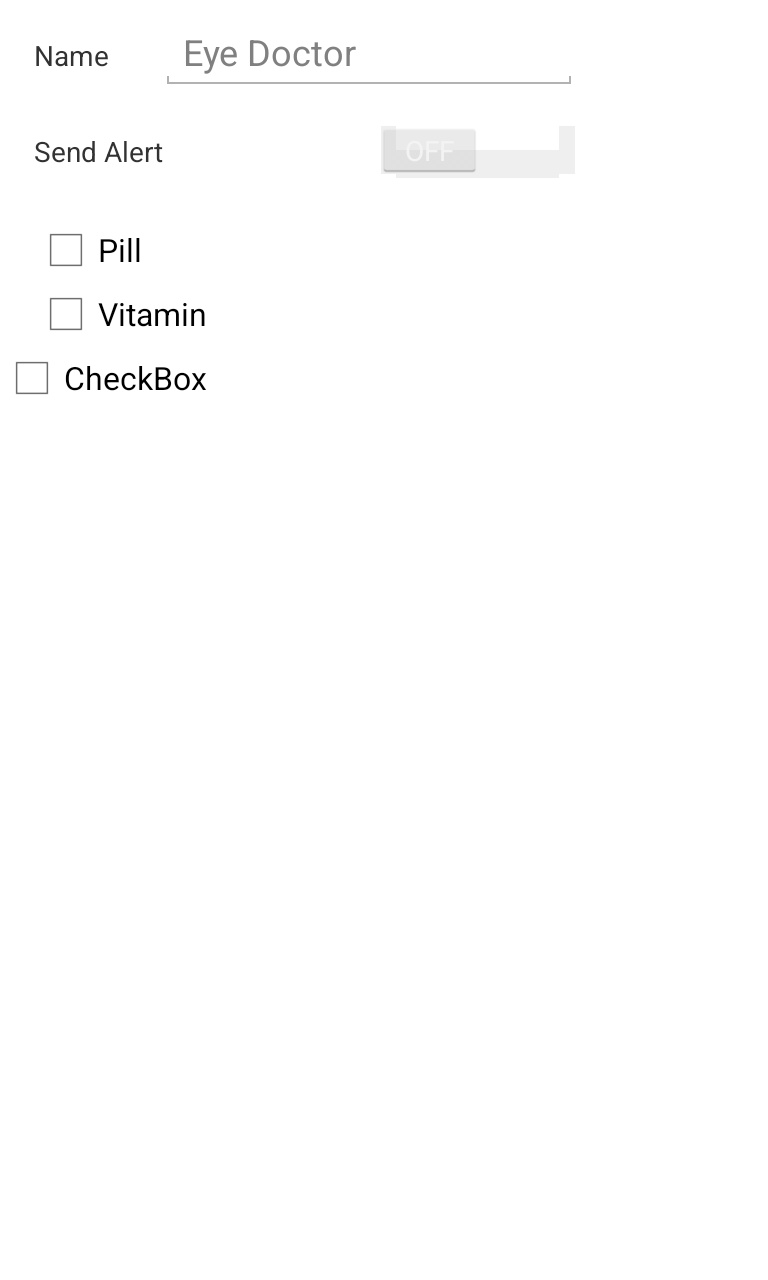
Repository: ranika/pilltracker
Layout: PillTracker/res/layout/fragment_doctor_edit.xml
An editor plug-in stored every save of this project. The layout is shown before and after the next save, followed by the edit.
It is drawn on a 768 x 1280 px phone screen (xhdpi) without system bars, with theme AppTheme; the app's code is not run.

Above is the layout before, as saved 2014-04-10 05:47:53.

### PillTracker/res/layout/fragment_doctor_edit.xml
<RelativeLayout xmlns:android="http://schemas.android.com/apk/res/android"
    android:layout_width="fill_parent"
    android:layout_height="fill_parent" >

    <TextView
        android:id="@+id/textView1"
        android:layout_width="wrap_content"
        android:layout_height="wrap_content"
        android:layout_alignParentLeft="true"
        android:layout_alignParentTop="true"
        android:layout_marginLeft="17dp"
        android:layout_marginTop="18dp"
        android:text="@string/name" />

    <EditText
        android:id="@+id/editText1"
        android:layout_width="wrap_content"
        android:layout_height="wrap_content"
        android:layout_alignBaseline="@+id/textView1"
        android:layout_alignBottom="@+id/textView1"
        android:layout_marginLeft="25dp"
        android:layout_toRightOf="@+id/textView1"
        android:hint="@string/eye_doctor"
        android:ems="10" >
    </EditText>

    <TextView
        android:id="@+id/textView2"
        android:layout_width="wrap_content"
        android:layout_height="wrap_content"
        android:layout_alignLeft="@+id/textView1"
        android:layout_below="@+id/editText1"
        android:layout_marginTop="20dp"
        android:text="@string/send_alert" />

    <Switch
        android:id="@+id/switch1"
        android:layout_width="wrap_content"
        android:layout_height="wrap_content"
        android:layout_alignBaseline="@+id/textView2"
        android:layout_alignBottom="@+id/textView2"
        android:layout_alignRight="@+id/editText1" />

    <CheckBox
        android:id="@+id/checkBox1"
        android:layout_width="wrap_content"
        android:layout_height="wrap_content"
        android:layout_alignLeft="@+id/textView2"
        android:layout_below="@+id/switch1"
        android:layout_marginTop="20dp"
        android:text="@string/pill" />

    <CheckBox
        android:id="@+id/checkBox2"
        android:layout_width="wrap_content"
        android:layout_height="wrap_content"
        android:layout_alignLeft="@+id/checkBox1"
        android:layout_below="@+id/checkBox1"
        android:text="@string/vitamin" />

    <CheckBox
        android:id="@+id/checkBox3"
        android:layout_width="wrap_content"
        android:layout_height="wrap_content"
        android:layout_alignRight="@+id/checkBox2"
        android:layout_below="@+id/checkBox2"
        android:text="CheckBox" />

</RelativeLayout>

### PillTracker/res/values/strings.xml
<?xml version="1.0" encoding="utf-8"?>
<resources>

    <string name="app_name">Pill Tracker</string>
    <string name="med_log">Medication Log</string>
    <string name="prescriptions">Prescriptions</string>
    <string name="reminders">Reminders</string>
    <string name="doctors">Doctors</string>
    <string name="pharmacies">Pharmacies</string>
    <string name="notes">Notes</string>
    <string name="settings">Settings</string>

    <color name="black">#CCCCCC</color>

    <string name="title_activity_med_log">Medication Log</string>
    <string name="today">Today</string>
    <string name="ten_am">10 AM</string>
    <string name="pill">Pill</string>
    <string name="vitamin">Vitamin</string>
    <string name="ten_pm">10 PM</string>
    <string name="nasal">Nasal Spray</string>
    <string name="title_activity_prescription">Prescriptions</string>
    <string name="add">Add</string>
    <string name="title_activity_doctors">Doctors</string>
    <string name="eye_doctor">Eye Doctor</string>
    <string name="family_physician">Family Physician</string>
    <string name="orthopedic">Orthopedic</string>
    <string name="title_activity_notes">Notes</string>
    <string name="hello_world">Hello world!</string>
    <string name="action_settings">Settings</string>
    <string name="reminder">Reminder</string>
    <string name="to_do">To Do</string>
    <string name="blah">BlahBlahBlah</string>
    <string name="title_activity_pharmacies">Pharmacies</string>

    <string-array name="miles">
        <item>10 miles</item>
        <item>15 miles</item>
        <item>20 miles</item>
        <item> 50 miles</item>
    </string-array>

    <string name="display">Display pharmacies within:</string>
    <string name="find">Find</string>
    <string name="title_activity_prescription_edit">Edit Prescription</string>
    <string name="title_activity_edit_prescription">Edit Prescriptions</string>
    <string name="name">Name</string>
    <string name="monday">Monday</string>
    <string name="tuesday">Tuesday</string>
    <string name="wednesday">Wednesday</string>
    <string name="thursday">Thursday</string>
    <string name="friday">Friday</string>
    <string name="saturday">Saturday</string>
    <string name="sunday">Sunday</string>
    <string name="days">Days</string>
    <string name="time">Time</string>
    <string name="title_activity_doctor_edit">Edit Doctor</string>
    <string name="send_alert">Send Alert</string>

</resources>

Loaded but not shown: PillTracker/res/values/styles.xml (common file); PillTracker/res/values-v11/styles.xml (common file); PillTracker/res/values-v14/styles.xml (common file)

After the next save:
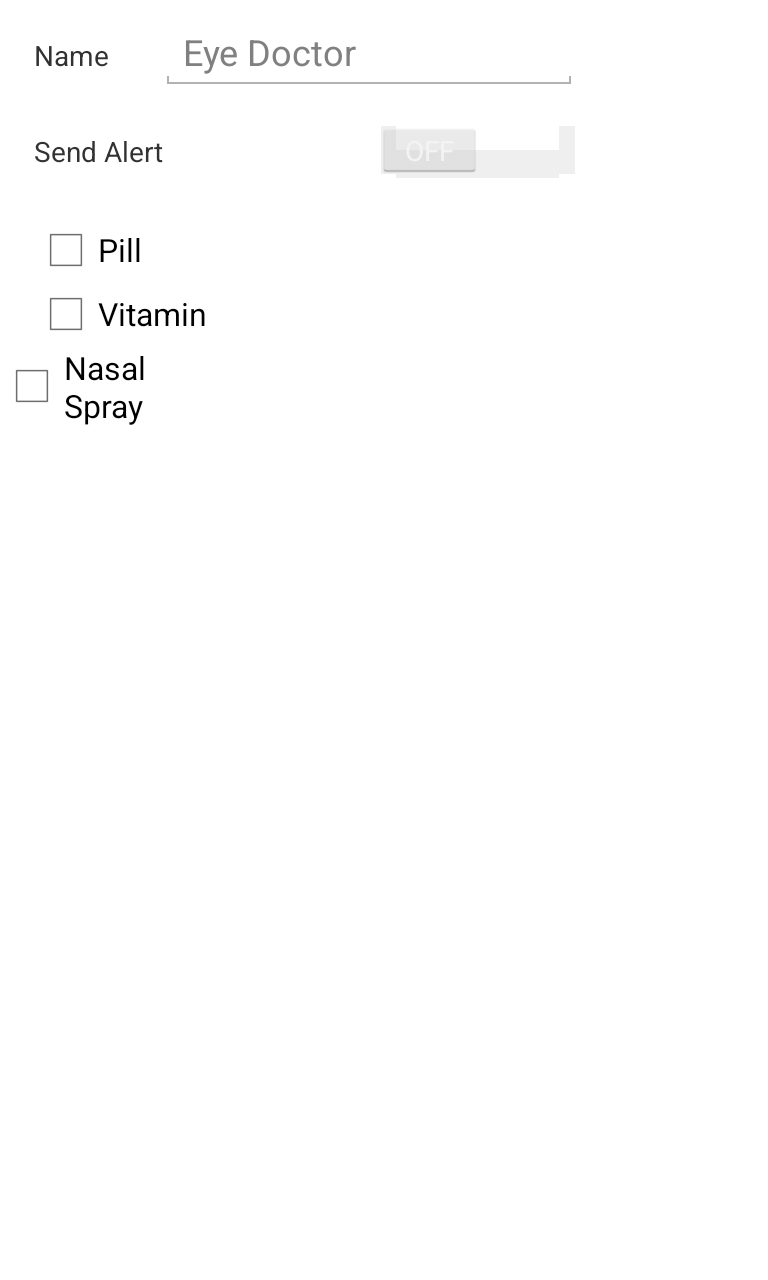
Saved 6 s later.
--- a/PillTracker/res/layout/fragment_doctor_edit.xml
+++ b/PillTracker/res/layout/fragment_doctor_edit.xml
@@ -64,6 +64,6 @@
         android:layout_height="wrap_content"
         android:layout_alignRight="@+id/checkBox2"
         android:layout_below="@+id/checkBox2"
-        android:text="CheckBox" />
+        android:text="@string/nasal" />
 
 </RelativeLayout>
